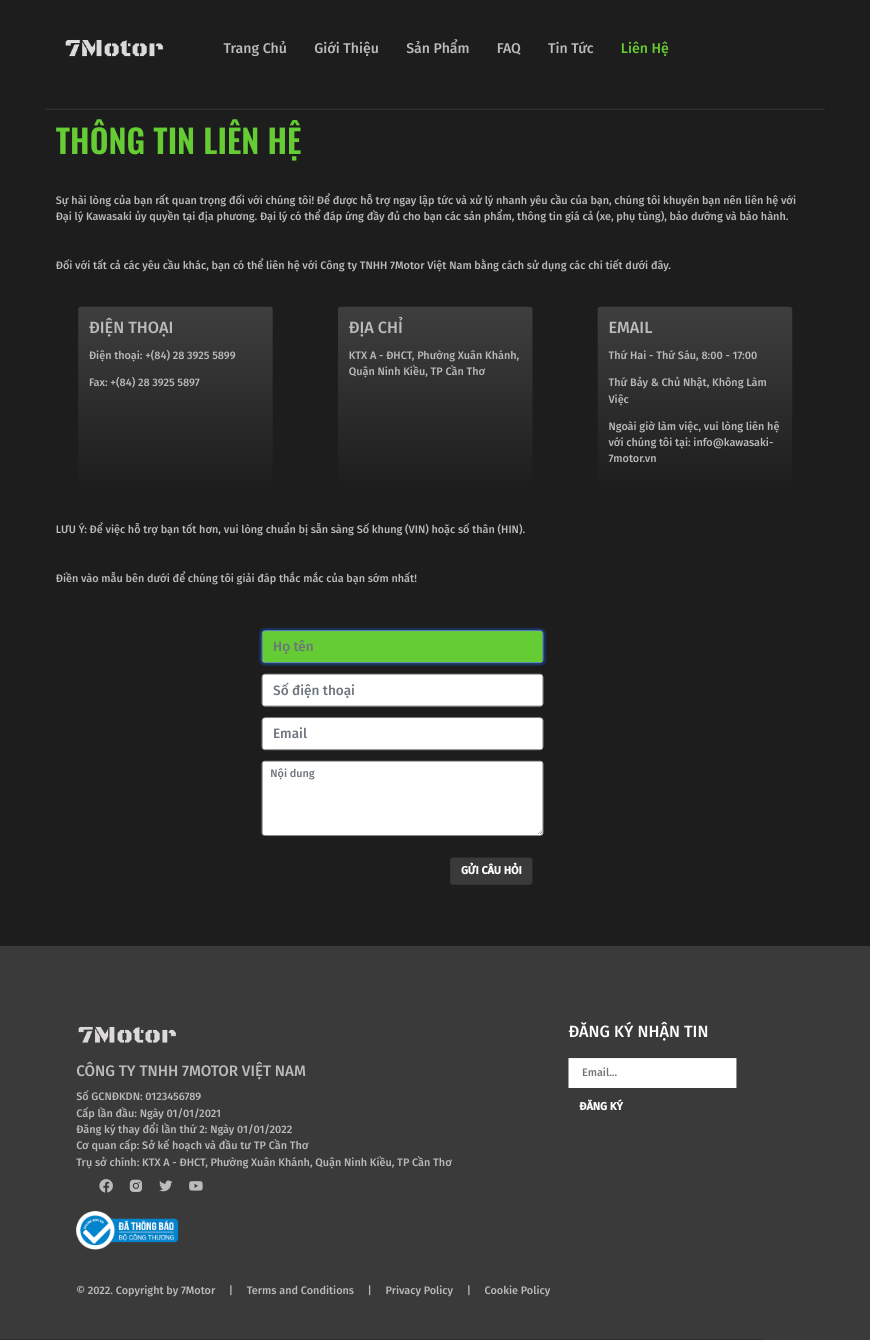
Repository: nntruong1907/SevenMotor
Page: contact.html
An editor plug-in stored every save of this project. The page is shown before and after a run of saves, followed by the edit.
The browser window is 1280 px wide. The pictures show the whole page, at 68% of full size.
The first visible `.border-input > input` has the focus.

Above is the page before, as saved 2022-04-06 09:59:43.
Console error: TypeError: Cannot read properties of undefined (reading 'classList')

### contact.html

<!DOCTYPE html>
<html lang="en">

<head>
    <meta charset="UTF-8">
    <meta http-equiv="X-UA-Compatible" content="IE=edge">
    <meta name="viewport" content="width=device-width, initial-scale=1.0">
    <title>7Motor | Liên hệ</title>
    <link rel="shortcut icon" type="image/icon" href="./img/seven.ico"/>
    <!-- bootstrap5 -->
    <link href="https://cdn.jsdelivr.net/npm/bootstrap@5.1.3/dist/css/bootstrap.min.css" rel="stylesheet">
    <script src="https://cdn.jsdelivr.net/npm/bootstrap@5.1.3/dist/js/bootstrap.bundle.min.js"></script>
    <!-- boxicons -->
    <link href='https://unpkg.com/boxicons@2.1.2/css/boxicons.min.css' rel='stylesheet'>
    <script src="https://unpkg.com/boxicons@2.1.2/dist/boxicons.js"></script>
    <!-- app css -->
    <link rel="stylesheet" href="./css/grid.css">
    <link rel="stylesheet" href="./css/app.css">
</head>

<body>

    <!-- header -->
    <header>
        <a href="#" class="logo">
            <img src="./img/7motor.png" alt="Logo">
        </a>
        <div class="main-menu-wrapper">
            <ul class="main-menu m-1">
                <li><a href="./index.html">Trang Chủ</a></li>
                <li><a href="./about.html">Giới thiệu</a></li>
                <li><a href="./products.html">Sản phẩm</a></li>
                <li><a href="./faq.html">FAQ</a></li>
                <li><a href="./news.html">Tin tức</a></li>
                <li><a href="#" class="active">Liên hệ</a></li>
            </ul>
        </div>

    </header>
    <!-- end header -->

    <!-- hero slide -->
    <div class="hero">
        <div class="container" id="hero-slide">
            <!-- slide item -->
            <div class="row mt-3">
                <hr/>
                <div class="col-12">
                    <div class="to-bot show-on-scroll">
                        <h3 class="main-title">Thông tin liên hệ</h3>
                    </div>

                    <div class="mt-5 to-top show-on-scroll">
                        Sự hài lòng của bạn rất quan trọng đối với chúng tôi! Để được hỗ trợ ngay lập tức và xử lý nhanh yêu cầu của bạn, chúng tôi khuyên bạn nên liên hệ với Đại lý Kawasaki ủy quyền tại địa phương. Đại lý có thể đáp ứng đầy đủ cho bạn các sản phẩm, thông tin giá cả (xe, phụ tùng), bảo dưỡng và bảo hành.
                    </div>
                    <div class="mt-5 to-top show-on-scroll">
                        Đối với tất cả các yêu cầu khác, bạn có thể liên hệ với Công ty TNHH 7Motor Việt Nam bằng cách sử dụng các chi tiết dưới đây.
                    </div>
                    <div class="row justify-content-around mt-5 to-top show-on-scroll">
                        <div class="col-3 bg-gradient p-3 rounded-top">
                            <h4 class="mb-3">ĐIỆN THOẠI</h4>
                            <p>Điện thoại: +(84) 28 3925 5899</p>
                            <p>Fax: +(84) 28 3925 5897</p>
                        </div>
                        <div class="col-3 bg-gradient p-3 rounded-top">
                            <h4 class="mb-3">ĐỊA CHỈ</h4>
                            <p>KTX A - ĐHCT, Phường Xuân Khánh, Quận Ninh Kiều, TP Cần Thơ</p>
                        </div>
                        <div class="col-3 bg-gradient p-3 rounded-top">
                            <h4 class="mb-3">EMAIL</h4>
                            <p>Thứ Hai - Thứ Sáu, 8:00 - 17:00</p>
                            <p>Thứ Bảy & Chủ Nhật, Không Làm Việc</p>
                            <p>Ngoài giờ làm việc, vui lòng liên hệ với chúng tôi tại: info@kawasaki-7motor.vn</p>
                        </div>
                    </div>
                    <div class="mt-5">
                        <p class="mt-5 to-top show-on-scroll">
                            LƯU Ý: Để việc hỗ trợ bạn tốt hơn, vui lòng chuẩn bị sẵn sàng Số khung (VIN) hoặc số thân (HIN).
                        </p>
                    </div>
                    <div class="mt-5">
                        <p class="mt-5 to-top show-on-scroll">
                            Điền vào mẫu bên dưới để chúng tôi giải đáp thắc mắc của bạn sớm nhất!
                        </p>
                    </div>
                    <form class="row mt-5 to-top show-on-scroll">
                        <div class="col-3"></div>
                        <div class="col-9">
                            <div class="w-50">
                                <div class="input-group input-group-lg m-3 border-input">
                                    <input type="text" class="form-control" placeholder="Họ tên">
                                </div>
                                <div class="input-group input-group-lg m-3 border-input">
                                    <input type="text" class="form-control" placeholder="Số điện thoại">
                                </div>
                                <div class="input-group input-group-lg m-3 border-input">
                                    <input type="text" class="form-control" placeholder="Email">
                                </div>
                                <div class="input-group m-3 border-input">
                                    <textarea class="form-control" rows="4" placeholder="Nội dung"></textarea>
                                </div>
                                <div class="text-lg-end">
                                    <button type="button" class="btn mt-3">Gửi câu hỏi</button>
                                </div>
                            </div>
                        </div>
                    </form>
                </div>
            </div>
            <!-- end slide item -->

            <!-- slide control -->
            <span class="slide-prev"></span>
            <span class="slide-next"></span>
            <!-- end slide control -->
        </div>
    </div>
    <!-- end hero slide -->

    <!-- footer section -->
    <footer>
        <div class="section-content">
            <div class="row">
                <div class="col-8">
                    <a href="#" class="logo">
                        <img src="./img/7motor.png" alt="">
                    </a>
                    <div class="mt-3">
                        <p class="text-uppercase" style="font-size: 1.4rem; margin-bottom: 0.5rem;">Công ty TNHH 7Motor Việt Nam</p>
                        <p class="m-0 ">Số GCNĐKDN: 0123456789</p>
                        <p class="m-0">Cấp lần đầu: Ngày 01/01/2021</p>
                        <p class="m-0">Đăng ký thay đổi lần thứ 2: Ngày 01/01/2022</p>
                        <p class="m-0">Cơ quan cấp: Sở kế hoạch và đầu tư TP Cần Thơ</p>
                        <p class="m-0">Trụ sở chính: KTX A - ĐHCT, Phường Xuân Khánh, Quận Ninh Kiều, TP Cần Thơ</p>
                    </div>
                    <ul class="socials mt-2">
                        <li><a href="#"><i class="bx bxl-facebook-circle"></i></a></li>
                        <li><a href="#"><i class='bx bxl-instagram-alt'></i></a></li>
                        <li><a href="#"><i class="bx bxl-twitter"></i></a></li>
                        <li><a href="#"><i class="bx bxl-youtube"></i></a></li>
                    </ul>
                    <div class="footer-logo">
                        <img src="./img/logo-da-thong-bao-bo-cong-thuong-mau-xanh.png" alt="">
                    </div>
                </div>
                <div class="col-3">
                    <h3 class="footer-header">
                        Đăng ký nhận tin
                    </h3>
                    <div class="subscribe-form mt-4">
                        <input type="text" name="" placeholder="Email...">
                        <button class="btn mt-2">Đăng ký</button>
                    </div>
                </div>
            </div>
            <div class="row mt-5">
                <div class="col-12 footer-copyright">
                    <span class="">
                        &copy; 2022. Copyright by 7Motor
                    </span> &nbsp; &nbsp; | &nbsp; &nbsp;
                    <a href="#" class="">
                        Terms and Conditions
                    </a href="#"> &nbsp; &nbsp; | &nbsp; &nbsp;
                    <a href="#" class="">
                        Privacy Policy
                    </a href="#"> &nbsp; &nbsp; | &nbsp; &nbsp;
                    <a href="#" class="">
                        Cookie Policy
                    </a href="#">
                </div>
            </div>
        </div>
    </footer>
    <!-- end footer section -->

    <!-- app js -->
    <script src="./js/app.js"></script>

</body>

</html>

### css/grid.css
.row {
  display: flex;
  flex-wrap: wrap;
  margin: 0 -15px;
}

[class*="col-"] {
  padding: 0 15px;
}

.col-1 {
  width: 8.33%;
}

.col-2 {
  width: 16.66%;
}

.col-3 {
  width: 25%;
}

.col-4 {
  width: 33.33%;
}

.col-5 {
  width: 41.66%;
}

.col-6 {
  width: 50%;
}

.col-7 {
  width: 58.33%;
}

.col-8 {
  width: 66.66%;
}

.col-9 {
  width: 75%;
}

.col-10 {
  width: 83.33%;
}

.col-11 {
  width: 91.66%;
}

.col-12 {
  width: 100%;
}

### css/app.css
@font-face {
  font-family: OswaldSemiBold;
  src: url(../fonts/Oswald/Oswald-SemiBold.ttf);
}

@font-face {
  font-family: FiraSansMedium;
  src: url(../fonts/Fira_Sans/FiraSans-Medium.ttf);
}

@font-face {
  font-family: FiraSansLight;
  src: url(../fonts/Fira_Sans/FiraSans-Light.ttf);
}

:root {
  --main-color: #1d1d1d;
  --second-color: #3a3a3a;
  --txt-screen: #66cc33;
  --txt-color: #bbbbbb;
  --txt-white: #ffffff;
  --bg-black: #000;

  --form-bg: rgba(0, 0, 0, 0.8);
  --border-color: #66cc33;
  --form-color: #c6c6c6;
  --form-input-bg: rgba(2, 2, 2, 0.22);
  --boder-radius: 10px;

  --header-height: 144px;
  --header-padding: 93px;
}

* {
  padding: 0;
  margin: 0;
  box-sizing: border-box;
  user-select: none;
}

body {
  background-color: var(--main-color);
  color: var(--txt-color);
  font-family: FiraSansMedium, sans-serif;
  overflow-x: hidden;
}

a {
  text-decoration: none;
  color: unset;
  display: inline-block;
}

ul {
  list-style-type: none;
}

img {
  max-width: 100%;
}

header {
  height: var(--header-height);
  position: fixed;
  left: 0;
  top: 0;
  width: 100%;
  background-color: transparent;
  display: flex;
  align-items: center;
  justify-content: space-between;
  padding: 0 var(--header-padding);
  z-index: 99;
  transition: height 0.3s ease 0s, background-color 0.3s ease 0s;
}

header.shrink {
  height: 60px;
  background-color: var(--second-color);
}

.main-menu-wrapper {
  position: absolute;
  inset: 0;
  display: flex;
  align-items: center;
  justify-content: center;
  pointer-events: none;
}

.main-menu {
  display: flex;
  pointer-events: visible;
}

.main-menu > li > a {
  text-transform: capitalize;
  font-size: 1.3rem;
  color: var(--txt-color);
}

.main-menu > li > a.active {
  color: var(--txt-screen);
}

.main-menu > li ~ li {
  margin-left: 40px;
}

.main-menu > li > a:hover,
.user-menu > li > a:hover {
  color: var(--txt-screen);
}

.hero {
  padding-top: var(--header-height);
  position: relative;
}

.hero1 {
  padding-top: var(--header-height);
  position: relative;
}

.slide-container {
  height: 100%;
  position: relative;
}

.slide {
  display: flex;
  height: 0;
  overflow: hidden;
}

.slide.active {
  height: 100%;
}

.slide-img {
  width: 58%;
  padding-right: 60px;
  padding-top: 80px;
  z-index: 1;
}

.slide-img img {
  width: 100%;
  transform: rotate(-70deg);
  transform-origin: bottom;
  opacity: 0;
  transition: transform 1s cubic-bezier(0.175, 0.885, 0.32, 1.275),
    opacity 0.6s ease 0s;
}

.slide.active .slide-img img {
  transform: rotate(0);
  opacity: 1;
}

.slide-txt {
  width: 42%;
  padding-left: 60px;
}

.slide-title {
  width: max-content;
}

.slide-title > p {
  margin: 0px;
  padding: 0px;
  font-size: 2rem;
  font-family: OswaldSemiBold;
  color: var(--txt-screen);
  text-transform: capitalize;
}

.slide-title > h3 {
  font-size: 10.5rem;
  font-family: OswaldSemiBold;
  color: var(--txt-white);
  text-transform: capitalize;
  -webkit-text-fill-color: transparent;
  -webkit-text-stroke-width: 4px;
  transform: translateX(-200px);
  transition: transform 0.5s ease 0s;
}

.slide-title > h4 {
  font-size: 3.5rem;
  font-family: OswaldSemiBold;
  color: var(--txt-white);
  -webkit-text-fill-color: transparent;
  -webkit-text-stroke-width: 4px;
}

.slide.active .slide-title > h3 {
  transform: translateX(0);
}
.slide.active .slide-title > h4 {
  transform: translateX(0);
}
.slide-description,
.slide-btn {
  margin-top: 84px;
}

.slide-description > p {
  font-size: 1.4rem;
  transition-delay: 0.3s;
}

.hero-btn {
  font-size: 1.9rem;
  font-weight: 700;
  text-transform: uppercase;
  padding: 10px 50px;
  background-color: var(--txt-white);
  color: var(--main-color);
  transition: transform 0.3s ease 0s;
}

.slide-description > p,
.slide-btn {
  transform: translateY(100px);
  opacity: 0;
  transition: transform 0.5s ease 0s, opacity 0.5s ease 0s;
}

.slide.active .slide-description > p,
.slide.active .slide-btn {
  transform: translateY(0);
  opacity: 1;
}

.slide-btn {
  transition-delay: 0.6s;
}

.hero-btn:hover {
  transform: translateY(-10px);
  color: var(--txt-screen);
}

.hero-txt {
  position: absolute;
  text-transform: uppercase;
  font-family: OswaldSemiBold;
  font-size: 11.75rem;
  top: 203px;
  right: -182px;
  color: var(--second-color);
  transform: rotate(-90deg);
}

.hero-txt1 {
  position: absolute;
  text-transform: uppercase;
  font-family: OswaldSemiBold;
  font-size: 2rem;
  top: 440px;
  left: 60px;
  color: var(--second-color);
}

.hero-txt2 {
  position: absolute;
  text-transform: uppercase;
  font-family: OswaldSemiBold;
  font-size: 5rem;
  top: 470px;
  left: 100px;
  color: var(--txt-color);
}

.slide-control {
  display: flex;
  align-items: center;
  position: absolute;
  z-index: 98;
  bottom: 20px;
  left: 50%;
  transform: translateX(-50%);
}

.slide-control > li {
  font-size: 1.75rem;
  display: flex;
  align-items: center;
  cursor: pointer;
  transition: transform 0.3s ease 0s;
}

.slide-control > li.active {
  transform: scale(1.5);
  color: var(--txt-white);
}

.slide-control > li ~ li {
  margin-left: 30px;
}

.slide-control > li:hover {
  color: var(--txt-white);
}

.section {
  padding: 12rem 0 0;
}

.section-content {
  padding: 7rem 7rem 0;
}

.section-title {
  font-family: OswaldSemiBold;
  text-align: center;
  position: relative;
}

.infor-title {
  margin: 3rem 0;
  font-family: OswaldSemiBold;
  text-align: center;
  position: absolute;
}

.section-title > h3 {
  text-transform: uppercase;
}

.infor-title > p {
  font-size: 3rem;
  text-transform: uppercase;
  color: var(--txt-screen);
}

.second-title {
  font-size: 5rem;
  color: var(--txt-screen);
  position: absolute;
  left: 20%;
  bottom: 100%;
  z-index: -1;
  font-family: OswaldSemiBold;
}

.main-title {
  font-size: 3rem;
  z-index: 1;
  color: var(--txt-screen);
  text-transform: uppercase;
  font-family: OswaldSemiBold;
}

.category-img {
  padding: 4rem;
  height: 600px;
  overflow: hidden;
  position: relative;
  cursor: pointer;
}

.category-img-inner {
  position: absolute;
  top: 0;
  left: 0;
  height: 100%;
  width: 100%;
  background-position: bottom;
  background-size: cover;
  transition: transform 1s ease 0s;
}

.category-img:hover .category-img-inner {
  transform: scale(1.3);
}

.category-title {
  font-size: 4.5rem;
  font-weight: 700;
  font-family: OswaldSemiBold;
  padding: 2rem;
  position: absolute;
  bottom: 0;
  color: var(--txt-white);
  text-transform: capitalize;
}

.btn-wrapper {
  position: absolute;
  right: 7rem;
  top: 50%;
  transform: translateY(-50%);
}

.btn {
  padding: 0.5rem 1rem;
  border: none;
  outline: none;
  text-transform: uppercase;
  font-weight: 700;
  cursor: pointer;
  background-color: var(--second-color);
  color: var(--txt-white);
  transition: all 0.3s ease 0s;
}

.btn:hover {
  background-color: #66cc33;
  color: var(--second-color);
}

.product-card {
  padding: 20px;
  text-align: center;
  border-radius: 1rem;
  transition: background-color 0.3s ease 0s;
}

.product-card:hover {
  background-color: var(--bg-black);

}

.product-card > a:hover {
  color: var(--txt-screen);
}

.product-card-img {
  margin-bottom: 20px;
}

.product-name {
  font-size: 2rem;
  text-transform: uppercase;
  margin-bottom: 10px;
}

.product-card-large .product-name {
  font-size: 3rem;
}

.product-price {
  font-weight: 700;
  color: var(--txt-white);
  margin-bottom: 20px;
  display: block;
}

.product-card-large .product-price {
  font-size: 2rem;
}

.product-card-large .btn {
  font-size: 1.5rem;
  padding: 1rem 2rem;
}

.col-center {
  display: flex;
  align-items: center;
}

.special-section {
  position: relative;
  margin-bottom: 290px;
  padding-top: 4rem;
}

.special-section > .section-title {
  text-align: right;
  padding: 4rem 7rem;
  background-color: var(--bg-black);
}

.special-section .second-title {
  position: relative;
  font-size: 3.5rem;
  color: var(--txt-white);
  left: 0;
  z-index: unset;
}

.special-section .main-title {
  font-size: 9rem;
  -webkit-text-stroke-width: 2px;
  -webkit-text-fill-color: transparent;
}

.special-section .section-title .btn {
  position: relative;
  right: unset;
  top: unset;
  font-size: 2rem;
}

.special-section .special-price {
  font-size: 3rem;
  color: var(--txt-white);
  margin-bottom: 2rem;
}

.special-img {
  width: 50%;
  position: absolute;
  left: 7rem;
  bottom: -290px;
}

.news-card {
  padding: 20px;
}

.news-card-img {
  width: 100%;
  padding-top: 100%;
  position: relative;
}

.img-wrapper,
.img-wrapper .img {
  position: absolute;
  inset: 0;
  overflow: hidden;
}

.img-wrapper .img {
  background-position: center;
  background-size: cover;
  transition: transform 0.5s ease 0s;
}

.news-card:hover .img {
  transform: scale(1.2);
}

.news-card-img,
.news-title,
.news-preview {
  margin-bottom: 20px;
}

.news-title {
  font-size: 2rem;
  color: var(--txt-white);
}

.news-title > a:hover {
  color: var(--txt-screen);
}

footer {
  background-color: var(--second-color);
  margin-top: 90px;
  padding-bottom: 60px;
}

.footer-description {
  margin: 30px 0;
}

.socials {
  display: flex;
}

.socials > li ~ li {
  margin-left: 20px;
}

.socials > li > a {
  font-size: 1.5rem;
}

.socials > li > a:hover {
  color: var(--txt-white);
}

.footer-menu > li ~ li {
  margin-top: 20px;
}

.footer-menu > li > a {
  font-size: 1.5rem;
  text-transform: uppercase;
}

.footer-menu > li > a:hover {
  color: var(--txt-white);
}

.subscribe-form > input {
  border: none;
  outline: none;
  padding: 10px 20px;
}

.footer-logo {
  width: 150px;
}

.footer-header {
  font-size: 1.5rem;
  text-transform: uppercase;
  color: var(--txt-white);
}

.footer-copyright > a:hover {
  color: var(--txt-screen);
}

.to-right {
  transform: translateX(-200px);
}

.to-left {
  transform: translateX(200px);
}

.to-right,
.to-left,
.to-top,
.to-bot {
  opacity: 0;
  transition: all 1.5s ease 0s;
}

.to-right.show,
.to-left.show {
  opacity: 1;
  transform: translateX(0);
}

.to-top {
  transform: translateY(100px);
}

.to-top.show {
  transform: translateY(0);
  opacity: 1;
}

.to-bot {
  transform: translateY(-50px);
}

.to-bot.show {
  transform: translateY(0);
  opacity: 1;
}

.text-min > p {
  margin: 0.5rem 0;
  padding: 0 0.5rem 0 0;
  font-size: 0.8rem;
  color: var(--second-color);
}

.thuvien {
  padding: 9rem 0 0;
}
.thuvien-content {
  padding: 1rem 0;
}

.thuvien-img {
  height: 400px;
  overflow: hidden;
  position: relative;
  cursor: pointer;
}

.thuvien-img-inner {
  position: absolute;
  top: 0;
  left: 0;
  height: 100%;
  width: 100%;
  background-position: bottom;
  background-size: cover;
  transition: transform 1s ease 0s;
}

.thuvien-img:hover .thuvien-img-inner {
  transform: scale(1.2, 1.1);
}


.post-item {
  width: 2rem;
  height: 2rem;
  border-radius: 50px;
  border-style: solid;
}
.post-item i {
  font-size: 2rem;
}
.post-item i:hover {
  color: #fff;
  border-radius: 50px;
}
.post-item i:hover {
  color: #fff;
  border-radius: 50px;
}

.news-text > p {
  margin-left: 8rem;
  width: 66rem;
}

.promotion {
  position: relative;
  margin-top: 10rem;
  padding-right: 4rem;
}

.promotion-title {
  width: fit-content;
  background-color: #ffffff;
}

.promotion-title > h4 {
  color: #66cc33;
  padding: 2rem 2rem;
}

.promotion-title > p {
  color: #000;
  padding: 0 2rem 2rem 2rem;
}

.news-info {
  margin-top: 3rem;
}

.product-title {
  margin: 5rem 0 0rem 0;
  z-index: 1;
  font-size: 3.5rem;
  color: var(--txt-color);
  text-transform: uppercase;
  font-family: OswaldSemiBold;
}
.text-green {
  color: var(--txt-screen);
}

.img-size {
  margin: auto;
  max-width: 900px;
}

.border-input > input:focus {
  background-color: #66cc33;
}

### js/app.js
let hero_slide = document.querySelector('#hero-slide')

let hero_slide_items = hero_slide.querySelectorAll('.slide')

let hero_slide_index = 0

let hero_slide_play = true

let hero_slide_control_items = hero_slide.querySelectorAll('.slide-control-item')

let slide_next = hero_slide.querySelector('.slide-next')

let slide_prev = hero_slide.querySelector('.slide-prev')

let header = document.querySelector('header')

showSlide = (index) => {
    hero_slide.querySelector('.slide.active').classList.remove('active')
    hero_slide.querySelector('.slide-control-item.active').classList.remove('active')
    hero_slide_control_items[index].classList.add('active')
    hero_slide_items[index].classList.add('active')
}

nextSlide = () => {
    hero_slide_index = hero_slide_index + 1 === hero_slide_items.length ? 0 : hero_slide_index + 1
    showSlide(hero_slide_index)
}

prevSlide = () => {
    hero_slide_index = hero_slide_index - 1 < 0 ? hero_slide_items.length - 1 : hero_slide_index - 1
    showSlide(hero_slide_index)
}

slide_next.addEventListener('click', () => nextSlide())

slide_prev.addEventListener('click', () => prevSlide())

// add event to slide select
hero_slide_control_items.forEach((item, index) => {
    item.addEventListener('click', () => showSlide(index))
})

// pause slide when mouse come in slider
hero_slide.addEventListener('mouseover', () => hero_slide_play = false)

// resume slide when mouse leave out slider
hero_slide.addEventListener('mouseleave', () => hero_slide_play = true)

setTimeout(() => hero_slide_items[0].classList.add('active'), 200);

// auto slide
// setInterval(() => {
//     if (!hero_slide_play) return
//     nextSlide()
// }, 5000);

// change header style when scroll
window.addEventListener('scroll', () => {
    if (document.body.scrollTop > 80 || document.documentElement.scrollTop > 80) {
        header.classList.add('shrink')
    } else {
        header.classList.remove('shrink')
    }
})

// element show on scroll

let scroll = window.requestAnimationFrame || function(callback) {window.setTimeout(callback, 1000/60)}

let el_to_show = document.querySelectorAll('.show-on-scroll')

isElInViewPort = (el) => {
    let rect = el.getBoundingClientRect()

    let distance = 200

    return (rect.top <= (window.innerHeight - distance || document.documentElement.clientHeight - distance))
}

loop = () => {
    el_to_show.forEach(el => {
        if (isElInViewPort(el)) el.classList.add('show')
    })

    scroll(loop)
}

loop()

After the next 3 saves:
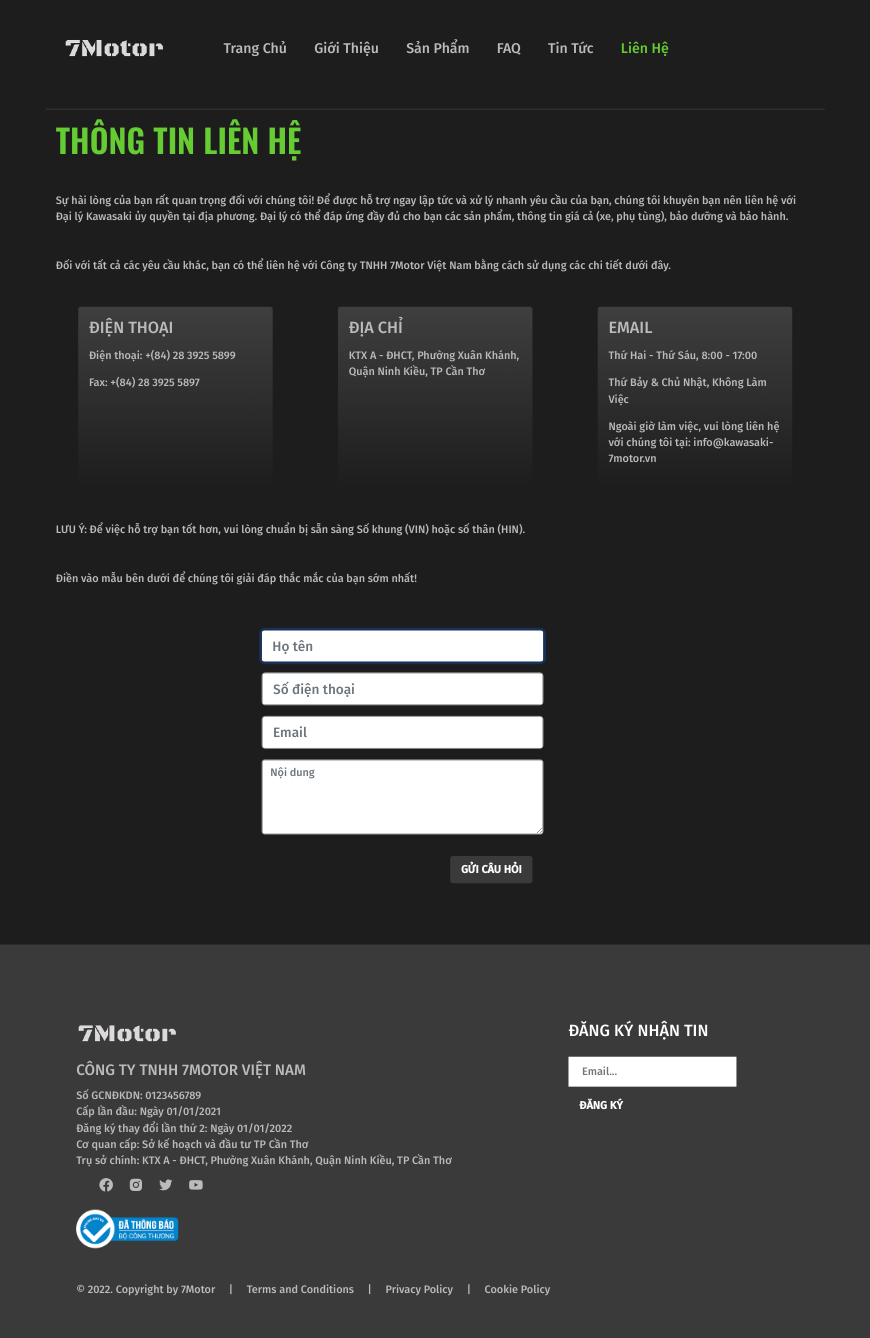
The 3 saves are shown as one change because they came seconds apart.
The last was saved 15 s later.
--- a/css/app.css
+++ b/css/app.css
@@ -753,5 +753,5 @@ footer {
 }
 
 .border-input > input:focus {
-  background-color: #66cc33;
-}
+  border: #66cc33;
+}
